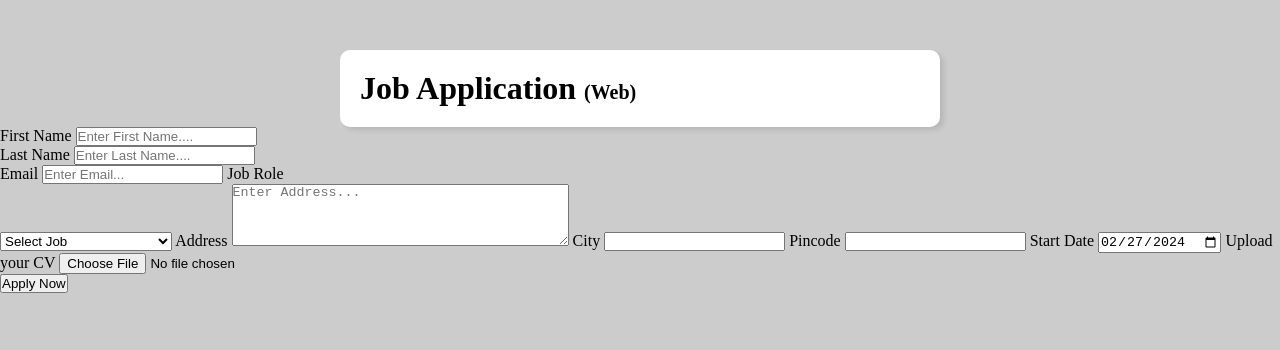
Repository: diensy/JOB-APPLICATION
Page: index.html
An editor plug-in stored every save of this project. The page is shown before and after the next save, followed by the edit.
The browser window is 1280 px wide. The pictures show the whole page.

Above is the page before, as saved 2024-02-27 20:37:36.

After the next save:
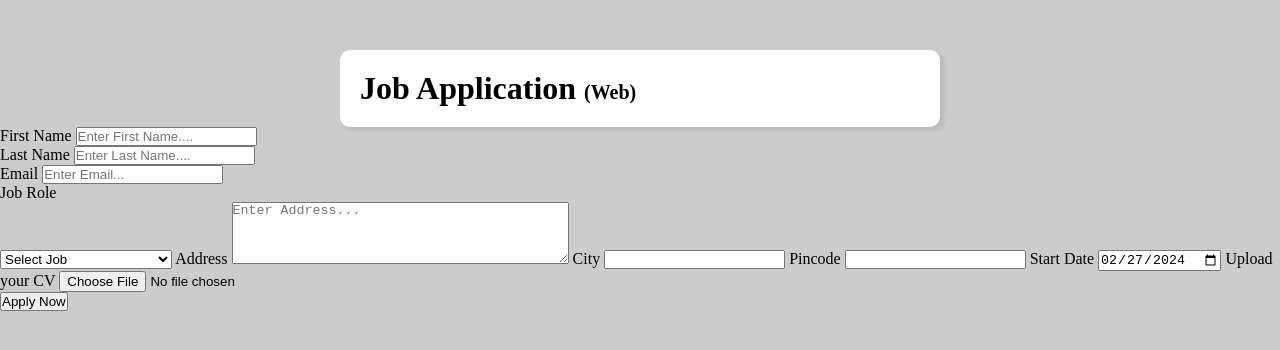
Saved 37 s later.
--- a/index.html
+++ b/index.html
@@ -22,8 +22,10 @@
           <label for="last">Last Name</label>
           <input type="text" id="last" placeholder="Enter Last Name...." />
         </div>
-        <label for="Email">Email</label>
-        <input type="email" id="Email" placeholder="Enter Email..." />
+        <div class="form_control">
+          <label for="Email">Email</label>
+          <input type="email" id="Email" placeholder="Enter Email..." />
+        </div>
         <label for="Job">Job Role</label>
       </div>
       <select name="JobRole" id="Job">
